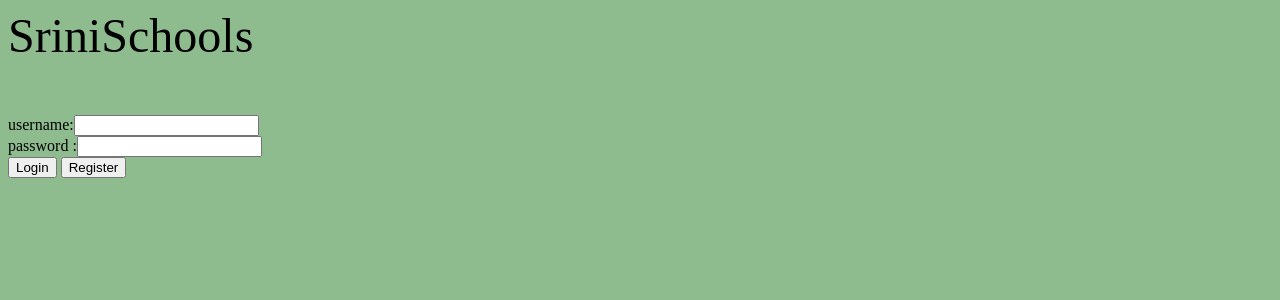
Repository: srinivaskommu/java-training
Page: http://localhost/milan-app/milanHome.jsp
These files come from the project's save history. The page is drawn as it stood at one moment and after the next save; the edit follows.
The browser window is 1280 px wide. The pictures show the whole page.
The page is served by Tomcat 9. Nobody is signed in. The application's start-up code is not run.

Above is the page before, as saved 2015-07-24 22:09:14.

After the next save:
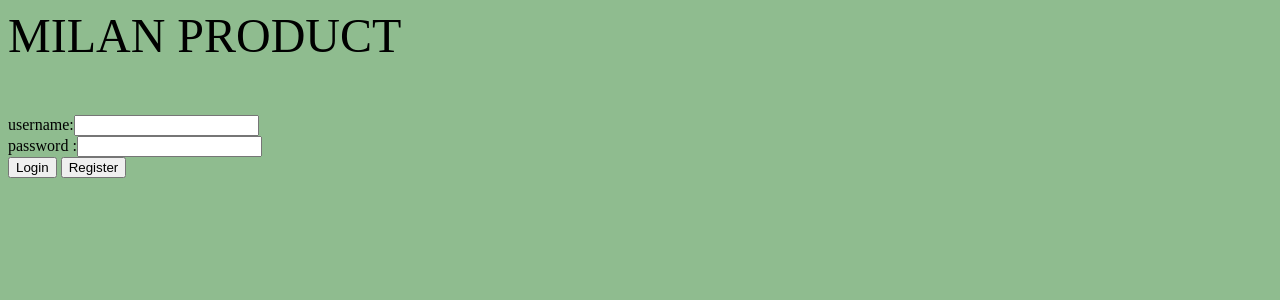
Saved 13 s later.
--- a/milan-app/src/main/webapp/milanHome.jsp
+++ b/milan-app/src/main/webapp/milanHome.jsp
@@ -20,7 +20,7 @@ body {
 
 	<form action="hello">
 
-		<h style="font-size:300%""text-align:center"> SriniSchools</h>
+		<h style="font-size:300%""text-align:center"> MILAN PRODUCT</h>
 		<br> <br> <br>
 		<table style="width: 100%">
 
